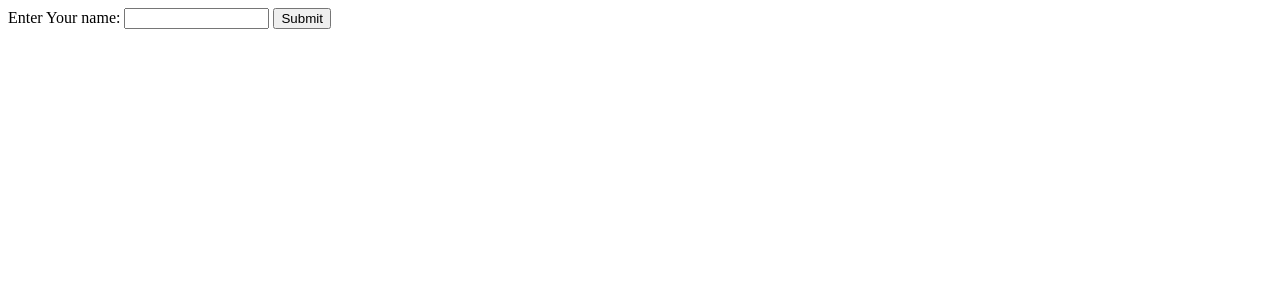
Repository: GangaNavyasri/Day10
Page: Hello World/WebContent/home.html
These files come from the project's save history. The page is drawn as it stood at one moment and after the next save; the edit follows.
The browser window is 1280 px wide. The pictures show the whole page.

Above is the page before, as saved 2018-09-05 09:48:35.

After the next save:
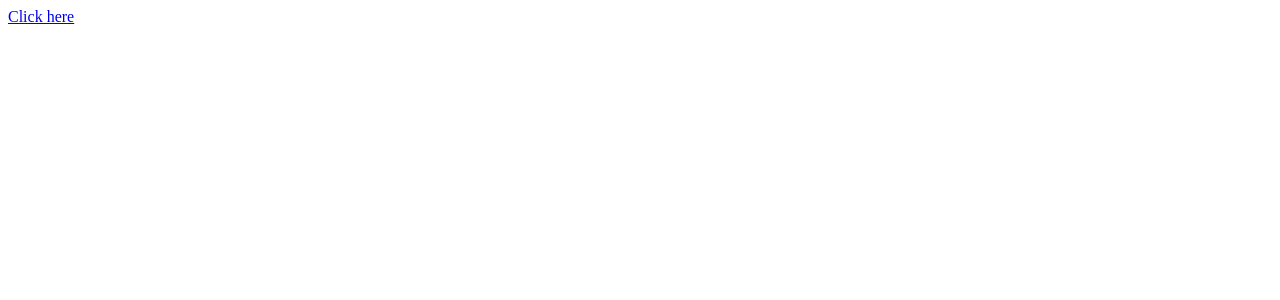
Saved 2 min 48 s later.
--- a/Hello World/WebContent/home.html
+++ b/Hello World/WebContent/home.html
@@ -5,12 +5,12 @@
 <title>Home Page</title>
 </head>
 <body>
-<!-- 	 <a href="hello">Click here</a> -->
-	<form action = "greet" method="post">
+ <a href="hello">Click here</a>
+<!-- 	<form action = "greet" method="post">
 		<label> Enter Your name: </label>
 		<input type="text" name="username"size=15/>
 		<input type="submit"/>
-	</form>
+	</form>-->
 
 </body>
 </html>

After the save that followed:
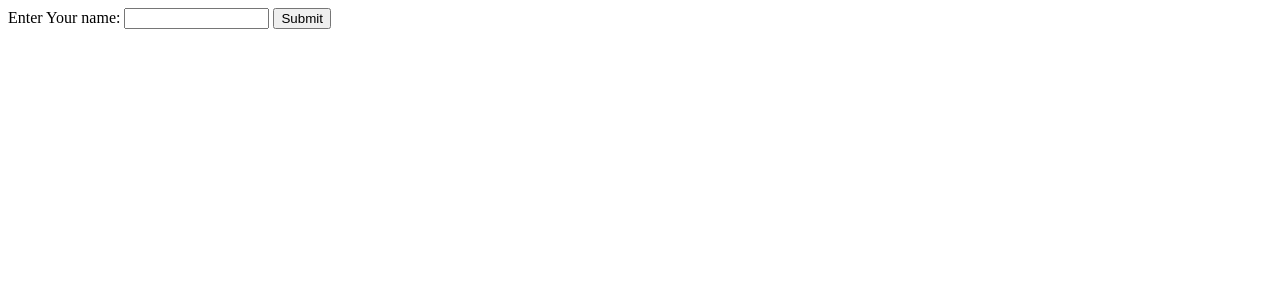
Saved 34 s later.
--- a/Hello World/WebContent/home.html
+++ b/Hello World/WebContent/home.html
@@ -5,12 +5,12 @@
 <title>Home Page</title>
 </head>
 <body>
- <a href="hello">Click here</a>
-<!-- 	<form action = "greet" method="post">
+<!--  <a href="hello">Click here</a> -->
+	<form action = "greet" method="post">
 		<label> Enter Your name: </label>
 		<input type="text" name="username"size=15/>
 		<input type="submit"/>
-	</form>-->
+	</form>
 
 </body>
 </html>
